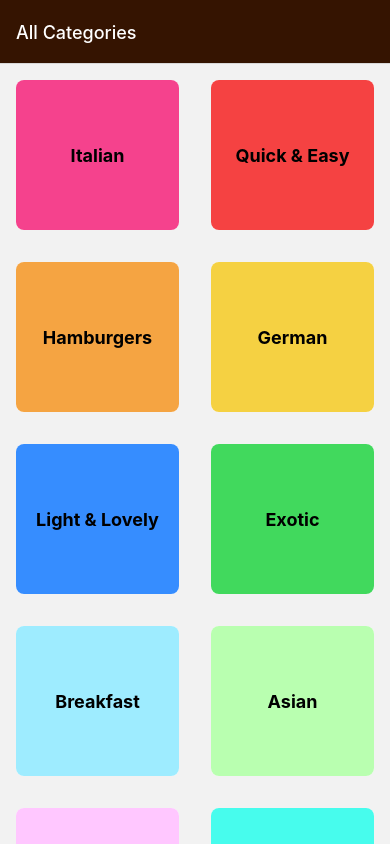
Repository: SyLe-Van/Food-Category-App
Screen: /
The author's editor kept a copy of each file at every save. The screen is drawn from the files as they stood at one save, then again after the next save.
An inner scrolling area shows only its first screen. The app was drawn by React Native's web renderer in a window 390 px wide. The project was rebuilt for these pictures with package versions that can differ from the ones it lists, and the page was loaded fresh each time. Also part of the build but not shown: components/MealItem.js, screens/MealsOverViewScreen.js.

Above is the screen before, as saved 2024-02-19 14:46:34.

After the next save:
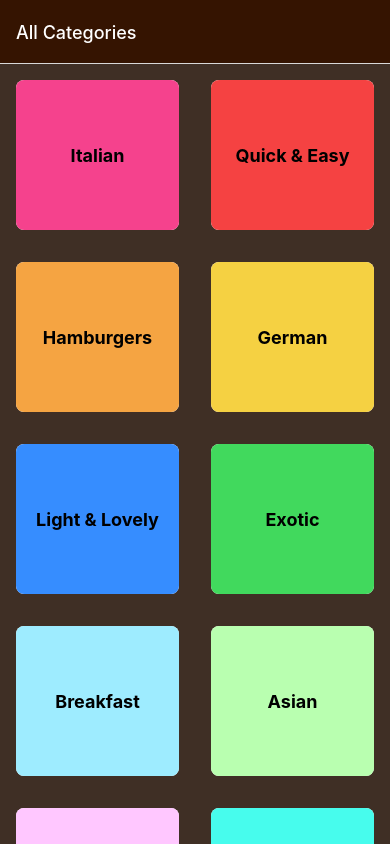
Saved 8 s later.
--- a/App.js
+++ b/App.js
@@ -21,7 +21,7 @@ export default function App() {
               title: "All Categories",
               headerStyle: { backgroundColor: "#351401" },
               headerTintColor: "white",
-              contentStyle: { backgroundColor: "orange dark" },
+              contentStyle: { backgroundColor: "#3f2f25" },
             }}
           />
           <Stack.Screen name="MealsOverview" component={MealsOverviewScreen} />
